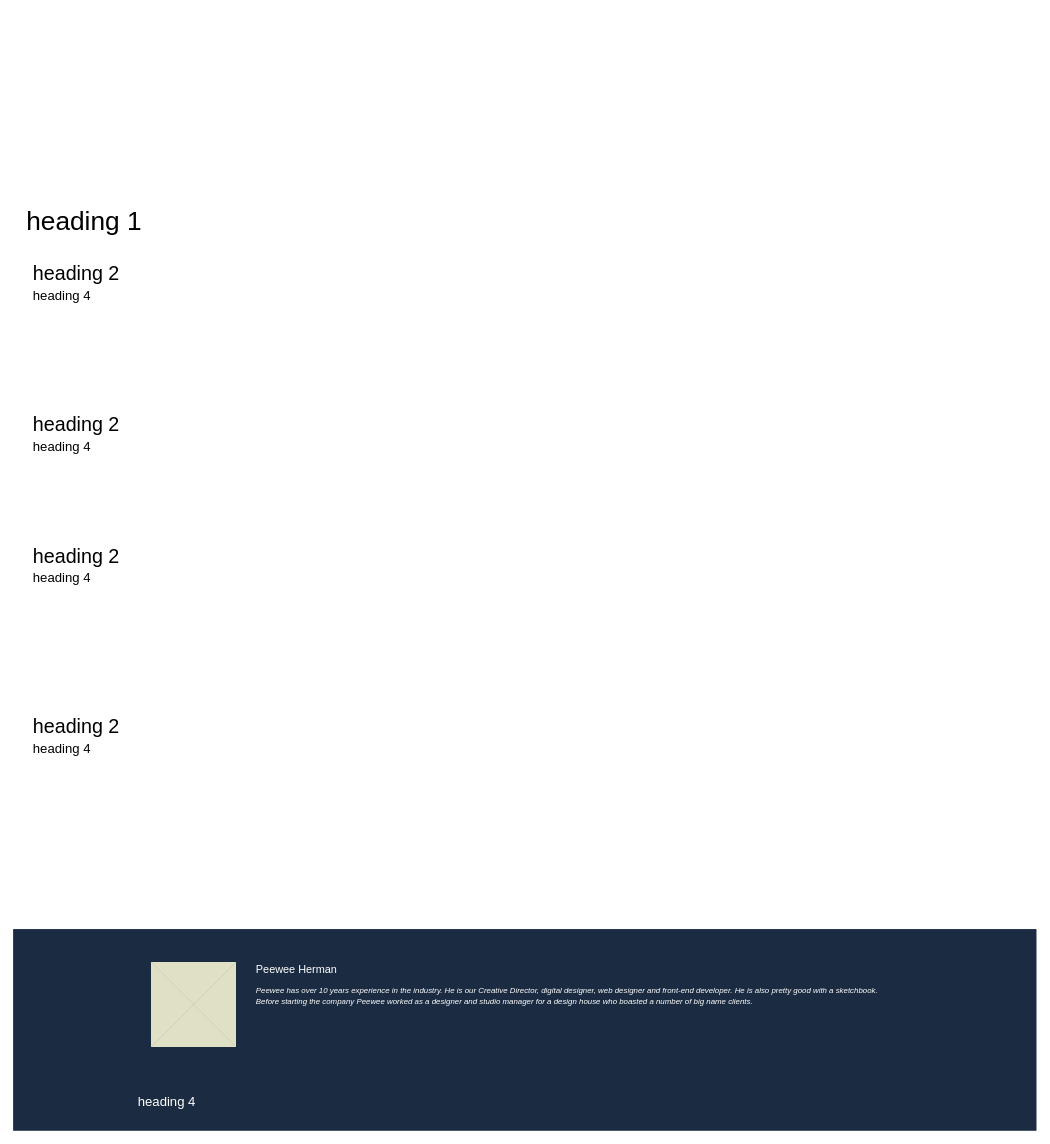
Repository: MonicaNguyenH/LAB-02A-Project1
Page: index.html
An editor plug-in stored every save of this project. The page is shown before and after the next save, followed by the edit.
The browser window is 1280 px wide. The pictures show the whole page, at 82% of full size.

Above is the page before, as saved 2024-02-06 19:22:31.

After the next save:
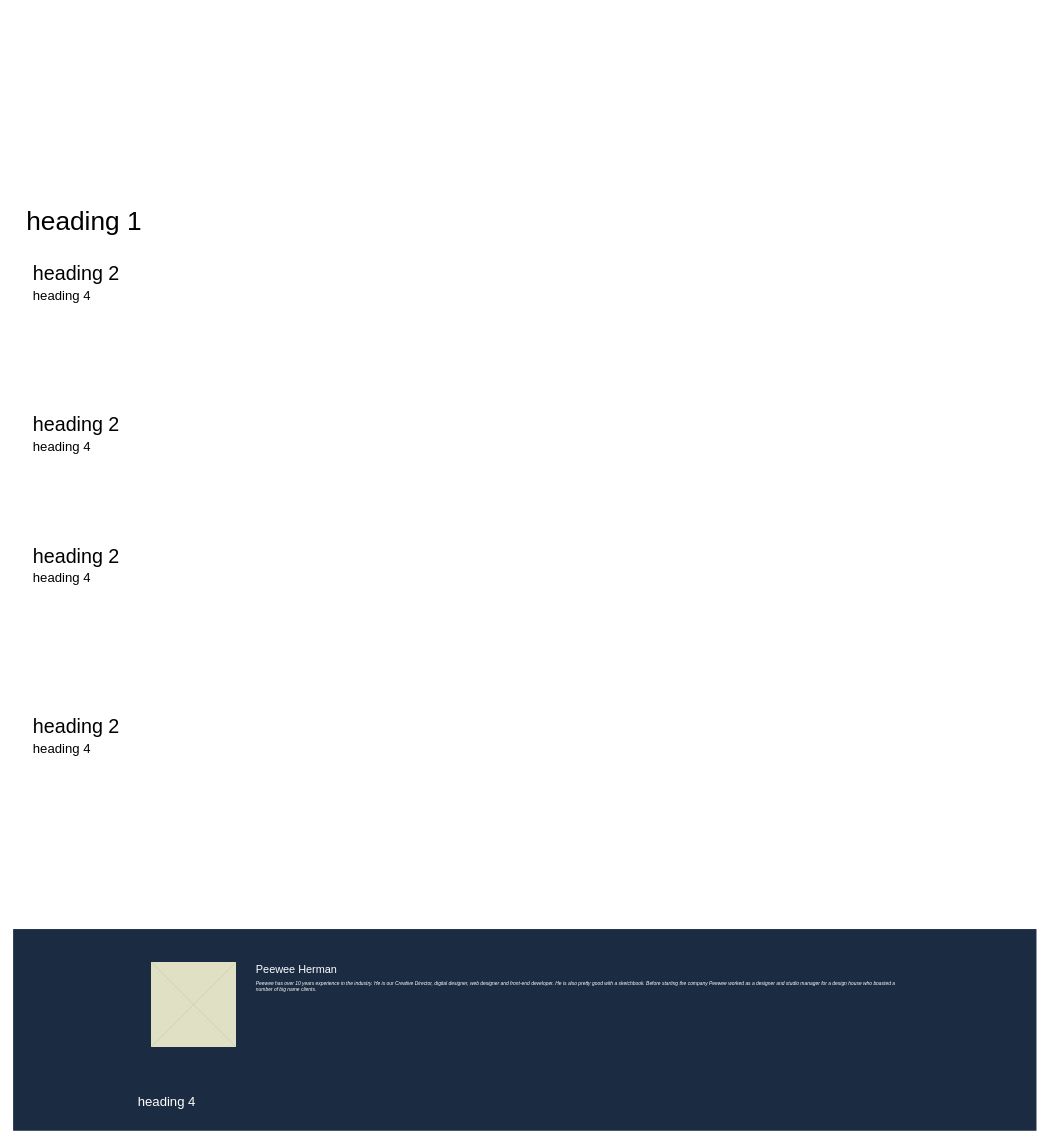
Saved 13 s later.
--- a/css/style.css
+++ b/css/style.css
@@ -90,7 +90,7 @@
 }
 
 p {
-    font-size: 0.6em;
+    font-size: 0.2em;
     font-style: italic;
 }
 
